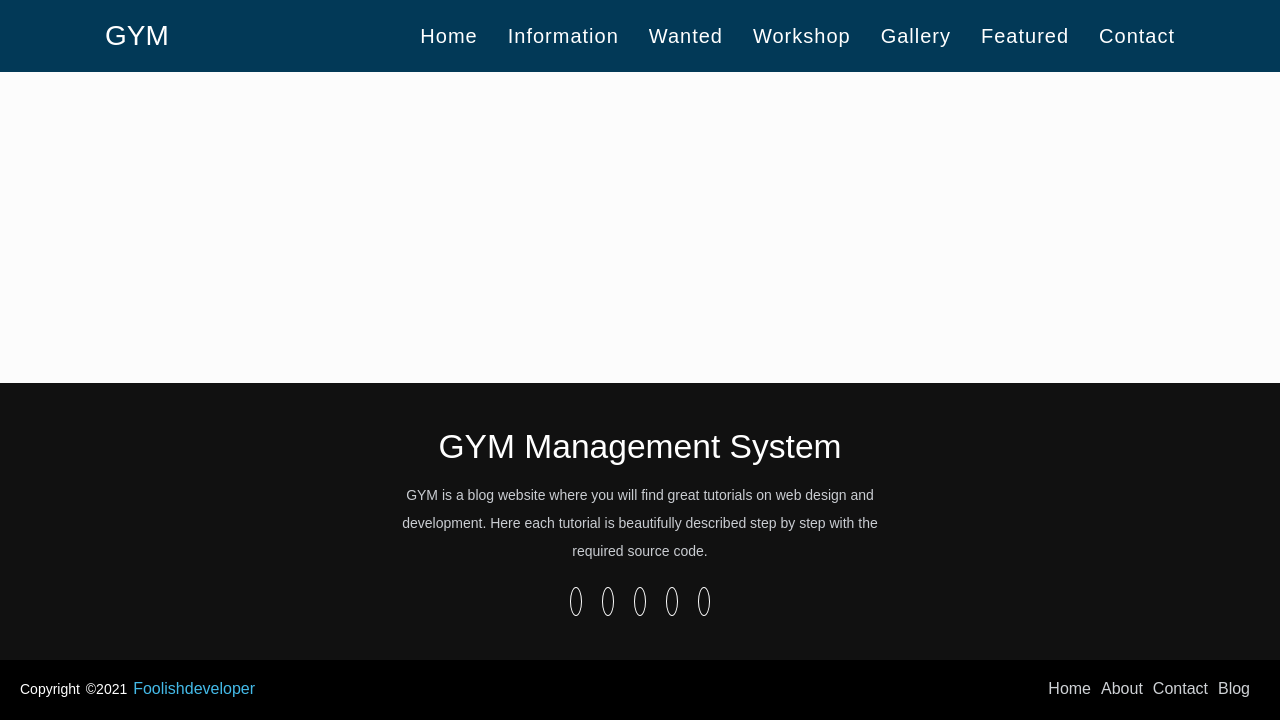
Repository: mcleanka/gym-management-system
Page: index.html
The author's editor kept a copy of each file at every save. The page is drawn from the files as they stood at one save, then again after the next save.
The browser window is 1280 px wide. The pictures show the whole page.

Above is the page before, as saved 2022-07-01 17:06:18.

### index.html
<!DOCTYPE html>
<html lang="en">

<head>
	<meta charset="UTF-8">
	<meta http-equiv="X-UA-Compatible" content="IE=edge">
	<meta name="viewport" content="width=device-width, initial-scale=1.0">
	<title>Home | Gym Management System</title>

	<link rel="stylesheet" href="css/style.css">
	<script src="js/app.js"></script>
</head>

<body>
	<div class="container">
		<div class="wrapper">

			<header id="header">
				<div class="container">
					<div class="header_left">
						<a class="logo" href="#">GYM</a>
					</div>
					<div class="header_right">
						<a href="#!" class="nav_ico">Menu</a>
						<nav class="main_nav">
							<ul>
								<li><a href="#">Home</a></li>
								<li><a href="#">Information</a></li>
								<li><a href="#">Wanted</a></li>
								<li><a href="#">Workshop</a></li>
								<li><a href="#">Gallery</a></li>
								<li><a href="#">Featured</a></li>
								<li><a href="#">Contact</a></li>
							</ul>
						</nav>
					</div>
				</div>
			</header>

			<main>

			</main>


			<footer>
				<div class="footer-content">
					<h3>GYM Management System</h3>
					<p>GYM is a blog website where you will find great tutorials on web design and
						development. Here
						each tutorial is beautifully described step by step with the required source code.</p>
					<ul class="socials">
						<li><a href="#"><i class="fa fa-facebook"></i></a></li>
						<li><a href="#"><i class="fa fa-twitter"></i></a></li>
						<li><a href="#"><i class="fa fa-google-plus"></i></a></li>
						<li><a href="#"><i class="fa fa-youtube"></i></a></li>
						<li><a href="#"><i class="fa fa-linkedin-square"></i></a></li>
					</ul>
				</div>
				<div class="footer-bottom">
					<p>copyright &copy;2021 <a href="#">foolishdeveloper</a> </p>
					<div class="footer-menu">
						<ul class="f-menu">
							<li><a href="">Home</a></li>
							<li><a href="">About</a></li>
							<li><a href="">Contact</a></li>
							<li><a href="">Blog</a></li>
						</ul>
					</div>
				</div>

			</footer>
		</div>
	</div>
</body>

</html>

### css/style.css
     * {
     	margin: 0;
     	padding: 0;
     	box-sizing: border-box;
     }

     *,
     *:after,
     *:before {
     	box-sizing: border-box;
     }

     a {
     	text-decoration: none;
     }

     body {
     	background: #fcfcfc;
     	font-family: sans-serif;
     }

     #header {
     	padding: 20px 10px;
     	display: flex;
     	align-items: center;
     	justify-content: space-between;
     	background: #023957;
     	position: fixed;
     	left: 0;
     	top: 0;
     	width: 100%;
     }

     .container {
     	max-width: 1100px;
     	width: 100%;
     	margin: 0 auto;
     	padding: 0 15px;
     	display: flex;
     	align-items: center;
     	justify-content: space-between;
     }


     .logo {
     	font-size: 28px;
     	color: white;
     }

     .nav_ico {
     	display: block;
     	padding: 4px 7px;
     	color: white;
     	border: 2px solid white;
     	cursor: pointer;
     }

     .nav_ico:hover {
     	background: white;
     	color: black;
     }

     .main_nav {
     	float: right;
     }

     .main_nav ul {
     	margin: 0;
     	padding: 0px;
     	list-style: none;
     }

     .main_nav ul li {
     	float: left;
     	margin: 0 0 0 30px;
     	position: relative;
     	font-size: 20px;
     	letter-spacing: 1px;
     	font-weight: 300;
     	overflow: hidden;
     }

     .main_nav ul li a {
     	color: white;
     	display: block;
     	line-height: 1.4;
     	text-decoration: none;
     }

     .main_nav ul li a:before {
     	content: "";
     	position: absolute;
     	left: 100%;
     	top: 0;
     	height: 2px;
     	width: 100%;
     	background: #d4e706;
     	transition: all 0.3s ease-in-out;
     }

     .main_nav ul li a:after {
     	content: "";
     	position: absolute;
     	right: 100%;
     	bottom: 0;
     	height: 2px;
     	width: 100%;
     	background: #d4e706;
     	transition: all 0.3s ease-in-out;
     }

     .main_nav ul li:hover a:before {
     	left: 0;
     }

     .main_nav ul li:hover a:after {
     	right: 0;
     }

     @media only screen and (min-width:768px) and (max-width:991px) {
     	.main_nav ul li {
     		margin: 0 0 0 15px;
     		font-size: 16px;
     	}

     }

     @media screen and (min-width: 768px) {
     	.nav_ico {
     		display: none;
     	}
     }

     @media screen and (max-width: 767px) {
     	.nav_ico {
     		display: block;
     		position: relative;
     		z-index: 10;

     	}

     	.main_nav {
     		position: fixed;
     		left: 0;
     		top: 70px;
     		padding: 0;
     		background: #032c43;
     		z-index: 5;
     		height: calc(100vh - 74px);
     		width: calc(100% - 80px);
     		transition: all 0.3s ease-out;
     		transform: translateX(-100%);
     	}

     	.main_nav ul li {
     		float: none;
     		margin: 0 !important;
     		padding: 0 !important;
     		border-bottom: 1px solid;
     		text-align: center;
     	}

     	.main_nav ul li a {
     		display: block;
     		color: #fff;
     		padding: 15px;
     	}

     	.main_nav:after {
     		content: "";
     		position: absolute;
     		left: 100%;
     		top: 0;
     		height: 100%;
     		width: 0;
     		background: rgba(0, 0, 0, 0.7);
     	}

     	.main_nav.active {
     		transform: translateX(0%);
     	}

     	.main_nav.active:after {
     		width: 1000%;
     	}

     }



     footer {
     	position: absolute;
     	bottom: 0;
     	left: 0;
     	right: 0;
     	background: #111;
     	height: auto;
     	width: 100vw;

     	padding-top: 40px;
     	color: #fff;
     }

     .footer-content {
     	display: flex;
     	align-items: center;
     	justify-content: center;
     	flex-direction: column;
     	text-align: center;
     }

     .footer-content h3 {
     	font-size: 2.1rem;
     	font-weight: 500;
     	text-transform: capitalize;
     	line-height: 3rem;
     }

     .footer-content p {
     	max-width: 500px;
     	margin: 10px auto;
     	line-height: 28px;
     	font-size: 14px;
     	color: #cacdd2;
     }

     .socials {
     	list-style: none;
     	display: flex;
     	align-items: center;
     	justify-content: center;
     	margin: 1rem 0 3rem 0;
     }

     .socials li {
     	margin: 0 10px;
     }

     .socials a {
     	text-decoration: none;
     	color: #fff;
     	border: 1.1px solid white;
     	padding: 5px;

     	border-radius: 50%;

     }

     .socials a i {
     	font-size: 1.1rem;
     	width: 20px;


     	transition: color .4s ease;

     }

     .socials a:hover i {
     	color: aqua;
     }

     .footer-bottom {
     	background: #000;
     	width: 100vw;
     	padding: 20px;
     	padding-bottom: 40px;
     	text-align: center;
     }

     .footer-bottom p {
     	float: left;
     	font-size: 14px;
     	word-spacing: 2px;
     	text-transform: capitalize;
     }

     .footer-bottom p a {
     	color: #44bae8;
     	font-size: 16px;
     	text-decoration: none;
     }

     .footer-bottom span {
     	text-transform: uppercase;
     	opacity: .4;
     	font-weight: 200;
     }

     .footer-menu {
     	float: right;

     }

     .footer-menu ul {
     	display: flex;
     }

     .footer-menu ul li {
     	padding-right: 10px;
     	display: block;
     }

     .footer-menu ul li a {
     	color: #cfd2d6;
     	text-decoration: none;
     }

     .footer-menu ul li a:hover {
     	color: #27bcda;
     }

     @media (max-width:500px) {
     	.footer-menu ul {
     		display: flex;
     		margin-top: 10px;
     		margin-bottom: 20px;
     	}
     }

### js/app.js
/* Toggle between adding and removing the "responsive" class to topnav when the user clicks on the icon */
function myFunction() {
	var x = document.getElementById("myTopnav");
	if (x.className === "topnav") {
		x.className += " responsive";
	} else {
		x.className = "topnav";
	}
}

/* $(document).ready(function () {

	$(".nav_ico").click(function () {
		$(".main_nav").toggleClass("active");
	});

	$(".main_nav").click(function () {
		$(this).removeClass("active");
	});

	$(".main_nav ul").click(function (event) {
		event.stopImmediatePropagation();
	});

}); */

After the next save:
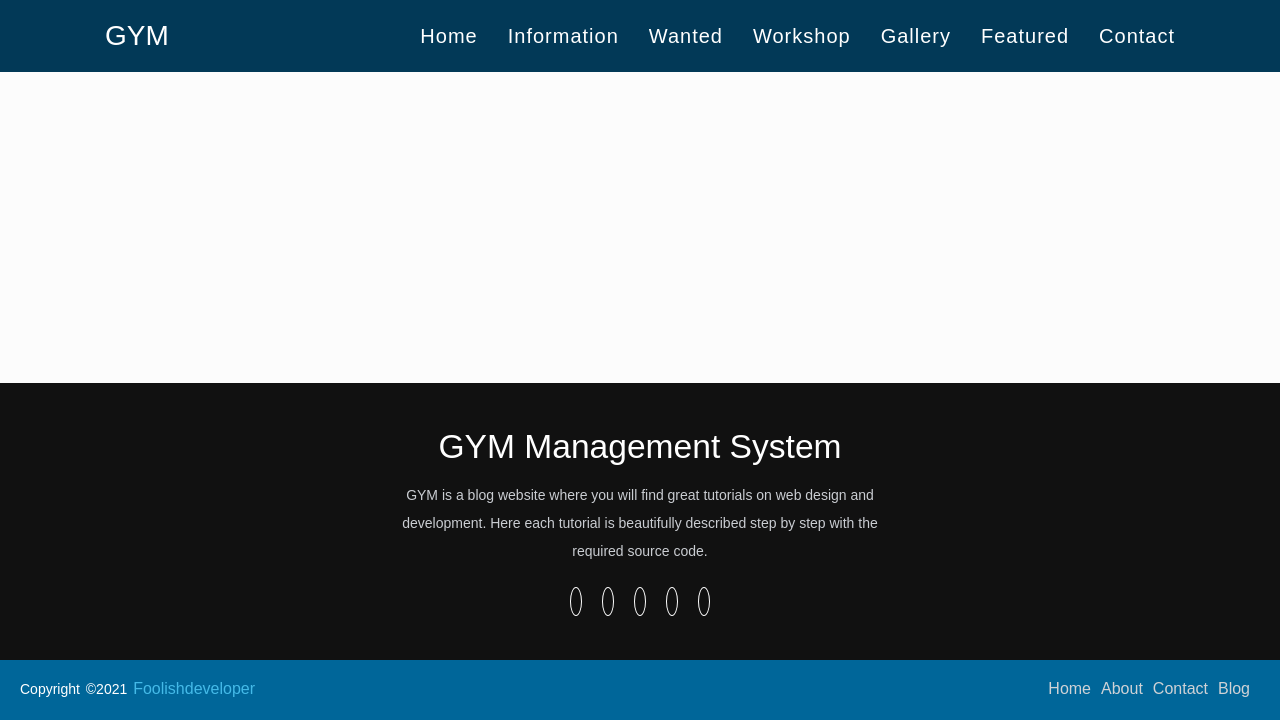
Saved 71 s later.
--- a/css/style.css
+++ b/css/style.css
@@ -260,7 +260,7 @@
      }
 
      .footer-bottom {
-     	background: #000;
+     	background: #006699;
      	width: 100vw;
      	padding: 20px;
      	padding-bottom: 40px;
